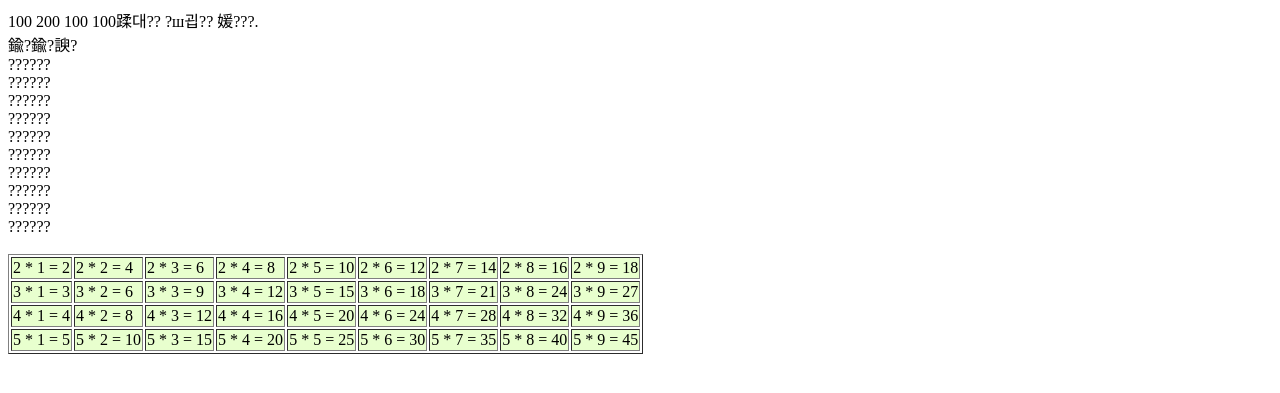
Repository: lee010207/HTML-CSS-JS
Page: http://localhost/EL_JSTL/jstlTest.jsp
An editor plug-in stored every save of this project. The page is shown before and after the next save, followed by the edit.
The browser window is 1280 px wide. The pictures show the whole page.
The page is served by Tomcat 9.

Above is the page before, as saved 2023-09-01 03:39:44.

After the next save:
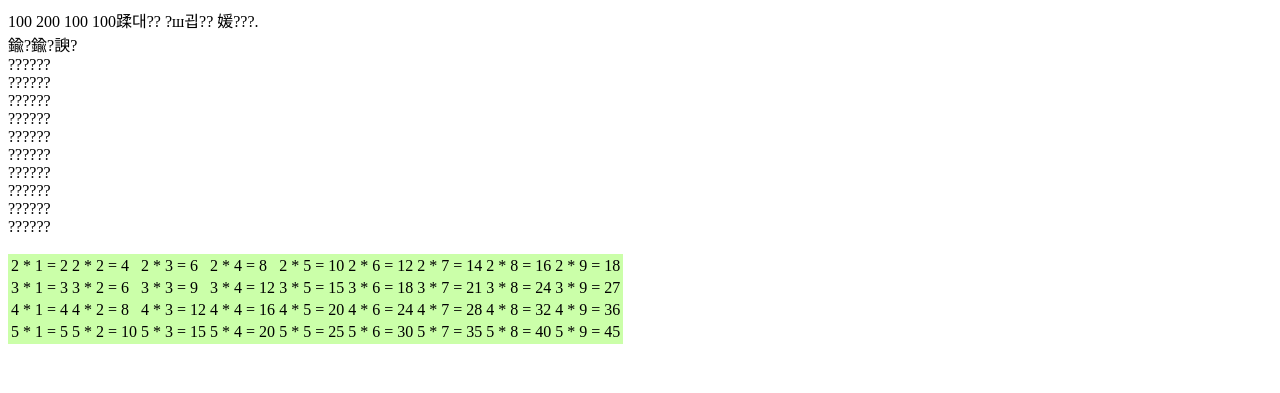
Saved 113 s later.
--- a/04. Server/EL_JSTL/src/main/webapp/jstlTest.jsp
+++ b/04. Server/EL_JSTL/src/main/webapp/jstlTest.jsp
@@ -69,9 +69,9 @@
 
 	<br>
 
-	<table border="1px">
+	<table style="border:1px pink" bgcolor="#CBFFA9">
 	<c:forEach var="num1" begin="2" end="5" step="1">
-		<tr bgcolor="#E8FFCE">
+		<tr>
 		<c:forEach var="i" begin="1" end="9" step="1">
 				<td>${num1 } * ${i } = ${num1*i }</td>
 		</c:forEach>
